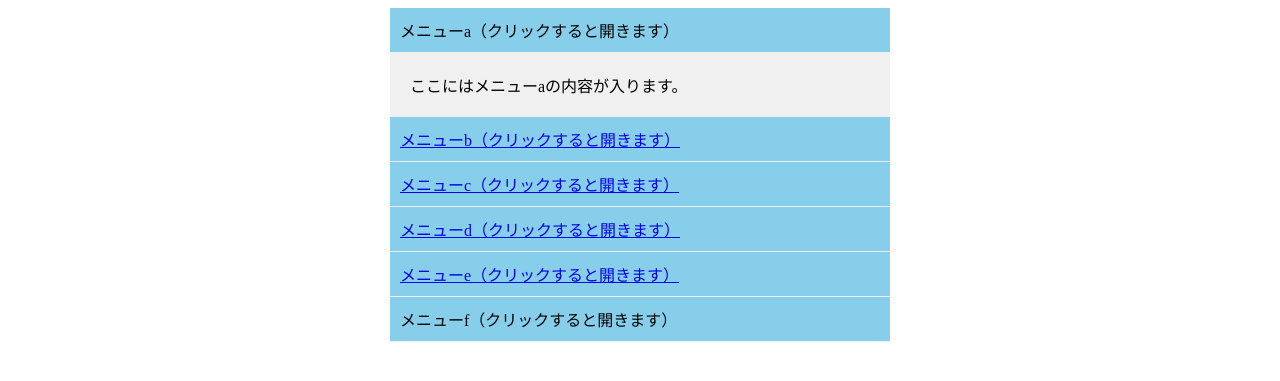
Repository: ryu-nuno/tech_academy_subwork
Page: web-accordion/index.html
The author's editor kept a record of every edit. The page is drawn from the files as they stood at one moment, then again after the next edit.
The browser window is 1280 px wide. The pictures show the whole page.

Above is the page before.

After the next edit:
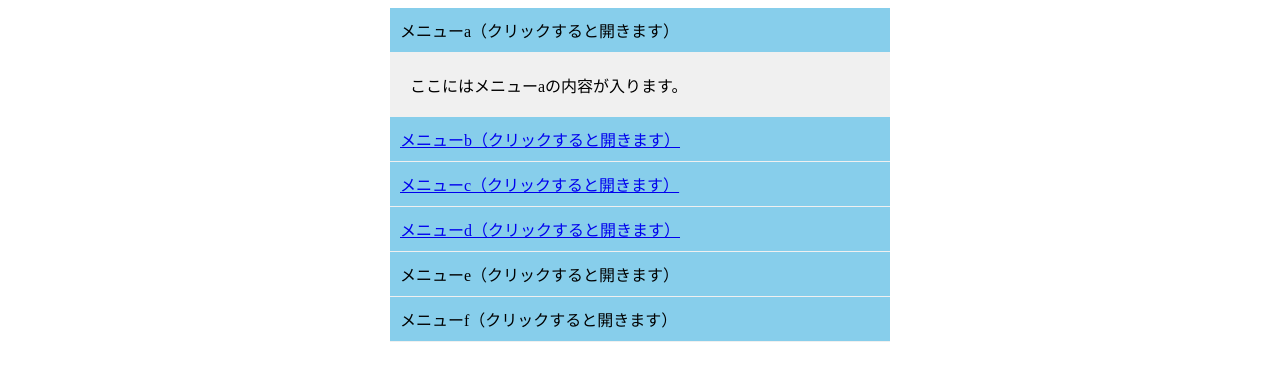
The edit:
--- a/web-accordion/index.html
+++ b/web-accordion/index.html
@@ -30,7 +30,7 @@
     </div>
 
     <div id="accordion-e">
-      <div class="ac-title"><a href="#">メニューe（クリックすると開きます）</a></div>
+      <div class="ac-title">メニューe（クリックすると開きます）</div>
       <div class="ac-content">ここにはメニューeの内容が入ります。</div>
     </div>
 
